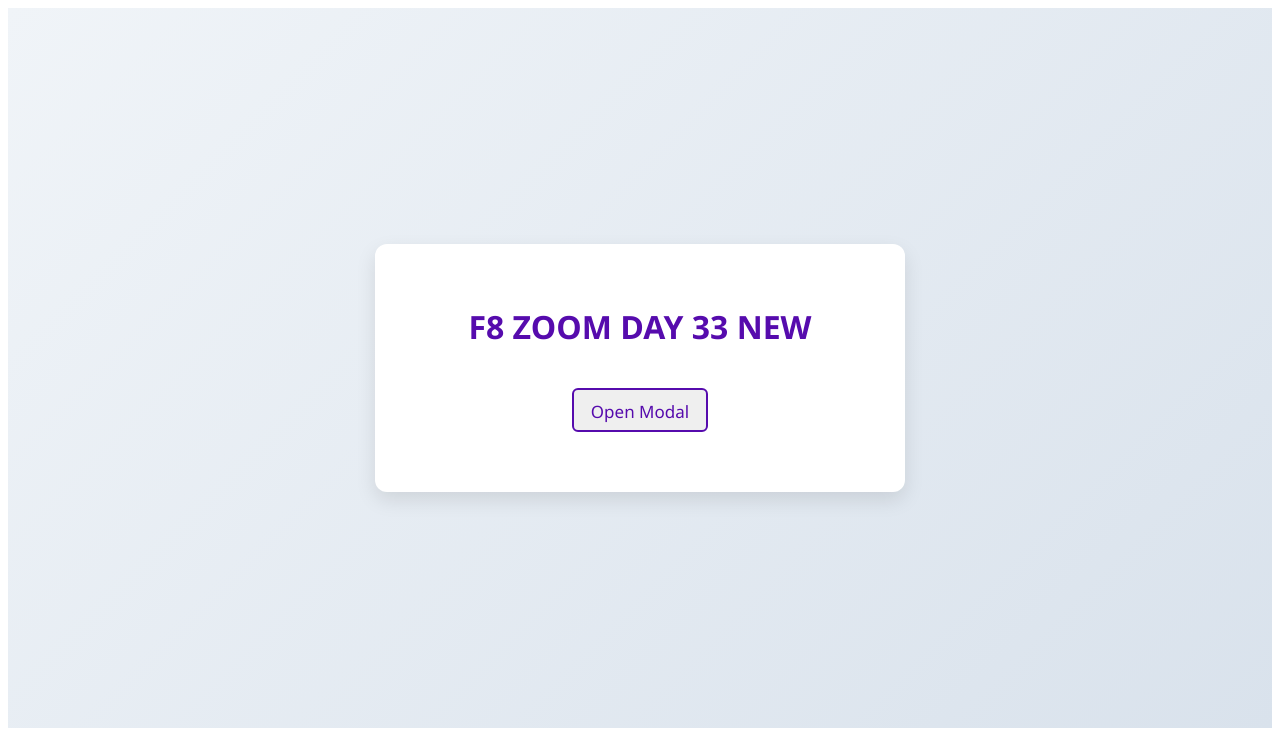
Repository: lannguyen1301/f8-zoom-day-33-new
Page: index.html
An editor plug-in stored every save of this project. The page is shown before and after the next save, followed by the edit.
The browser window is 1280 px wide. The pictures show the whole page.

Above is the page before, as saved 2025-08-07 23:08:17.

After the next save:
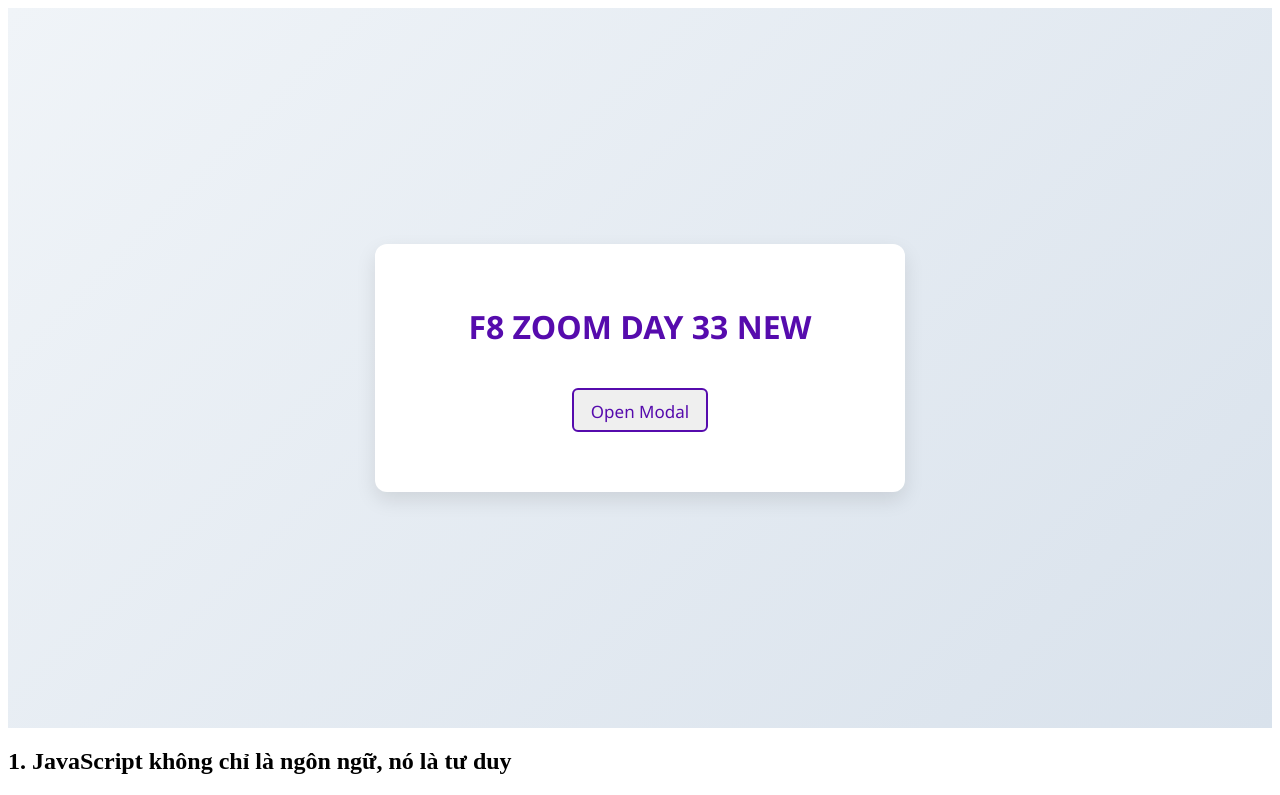
Saved 32 s later.
--- a/index.html
+++ b/index.html
@@ -26,3 +26,7 @@
 </body>
 
 </html>
+
+<h2>
+    1. JavaScript không chỉ là ngôn ngữ, nó là tư duy
+</h2>
